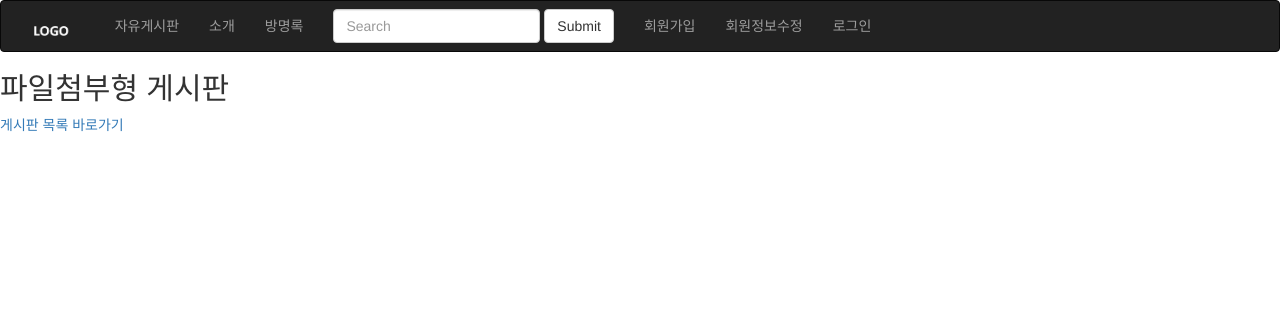
Repository: bhj305/JSP_Bulletin_Board
Page: http://localhost/BulletinBoard/14MVCBoard/Default.jsp
The author's editor kept a copy of each file at every save. The page is drawn from the files as they stood at one save, then again after the next save.
The browser window is 1280 px wide. The pictures show the whole page.
The page is served by Tomcat 10. Other server files are loaded and not shown.

Above is the page before, as saved 2025-05-17 03:40:04.

### BulletinBoard/src/main/webapp/14MVCBoard/Default.jsp
<%@ page language="java" contentType="text/html; charset=UTF-8"
    pageEncoding="UTF-8"%>
<!DOCTYPE html>
<html>
	<head>
		<meta charset="UTF-8">
		<title>메인페이</title>
	</head>
	<body>
		<jsp:include page="../Common/Link.jsp"></jsp:include>
		<h2>파일첨부형 게시판</h2>
		<a href="../mvcboard/list.do">게시판 목록 바로가기</a>
	</body>
</html>

### BulletinBoard/src/main/webapp/Common/Link.jsp
<%@ page language="java" contentType="text/html; charset=UTF-8"
    pageEncoding="UTF-8"%>
<!DOCTYPE html>
<html>
	<head>
		<meta charset="UTF-8">
		<title>메인페이지</title>
	<!-- bootstrap  -->
	<link rel="stylesheet" href="https://maxcdn.bootstrapcdn.com/bootstrap/3.4.1/css/bootstrap.min.css">
	      <script src="https://ajax.googleapis.com/ajax/libs/jquery/3.7.1/jquery.min.js"></script>
	      <script src="https://maxcdn.bootstrapcdn.com/bootstrap/3.4.1/js/bootstrap.min.js"></script>
	      <link rel="stylesheet" href="https://cdnjs.cloudflare.com/ajax/libs/font-awesome/4.7.0/css/font-awesome.min.css">
	</head>
	<body>
		<nav class="navbar navbar-inverse">
            <div class="navbar-header">
                <a class="navbar-brand" href="#">
                  <img src="../images/logo.png" alt="" style="height: 30px;">
                </a>
            </div>
            <div class="container">
                <div class="btn-group">
                    <ul class="nav navbar-nav">
                        <li><a href="../mvcboard/list.do">자유게시판</a></li>

                        <li class="nav-item dropdown">
                            <a class="nav-link dropdown-toggle" href="#" id="navbarDropdownMenuLink" data-toggle="dropdown" aria-haspopup="true" aria-expanded="false">
                            소개
                            </a>
                        <div class="dropdown-menu" aria-labelledby="navbarDropdownMenuLink">
                        <a class="dropdown-item" href="#">인사말</a><br/>
                        <a class="dropdown-item" href="#">강사소개</a><br/>
                        <a class="dropdown-item" href="#">찾아오시는길</a><br/>
                        </div>
                        </li>

                        <li><a href="#">방명록</a></li>

                        <form class="navbar-form navbar-left" action="#">
                            <div class="form-group">
                            <input type="text" class="form-control" placeholder="Search" name="search">
                            </div>
                            <button type="submit" class="btn btn-default">Submit</button>
                        </form>
                        <li >
                        <% if(session.getAttribute("UserId") == null) {%>
                            <a href="../00Board/SignUp.jsp">회원가입</a>
                            <% } %>
                        </li>
                        <li><a href="#">
                            회원정보수정</a></li>
                        <li>
                        <% if (session.getAttribute("UserId") == null) { %>
                            <a href="../00Board/LoginForm.jsp">로그인</a>
                        <% } else { %>
                            <a href="../00Board/Logout.jsp">로그아웃</a>
                            <li>
                            <a href="../00Board/MyPage.jsp">마이페이지</a>
                            </li>
                        <% } %>
                        </li>
                    </ul>
                </div>
            </div>
        </nav>
	</body>
</html>

After the next save:
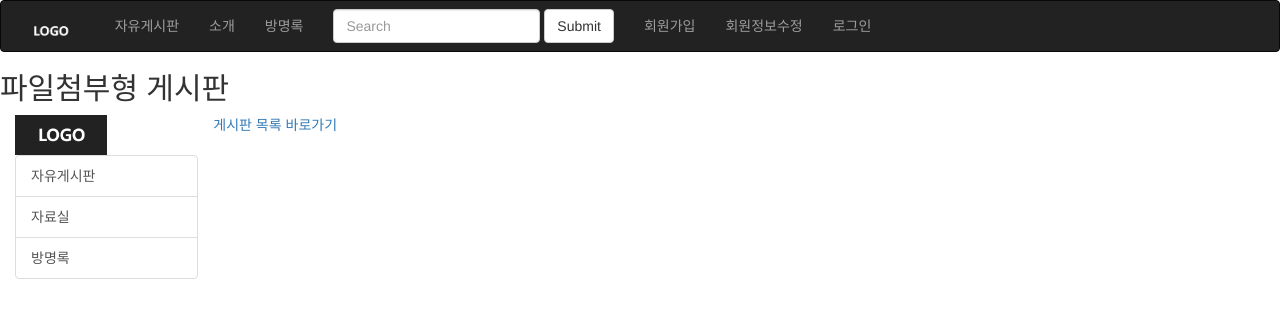
Saved 71 s later.
--- a/BulletinBoard/src/main/webapp/14MVCBoard/Default.jsp
+++ b/BulletinBoard/src/main/webapp/14MVCBoard/Default.jsp
@@ -10,5 +10,15 @@
 		<jsp:include page="../Common/Link.jsp"></jsp:include>
 		<h2>파일첨부형 게시판</h2>
 		<a href="../mvcboard/list.do">게시판 목록 바로가기</a>
+
+		<div class="col-sm-2">
+                <img src="../images/logo.png" alt="" style="height: 40px;">
+                <div class="list-group">
+                    <a class="list-group-item list-group-item-action " href="#">자유게시판</a><!-- active 생략 -->
+                    <a class="list-group-item list-group-item-action" href="#" >자료실</a>
+                    <a class="list-group-item list-group-item-action" href="#">방명록</a>
+                </div>
+            </div>
+
 	</body>
 </html>
